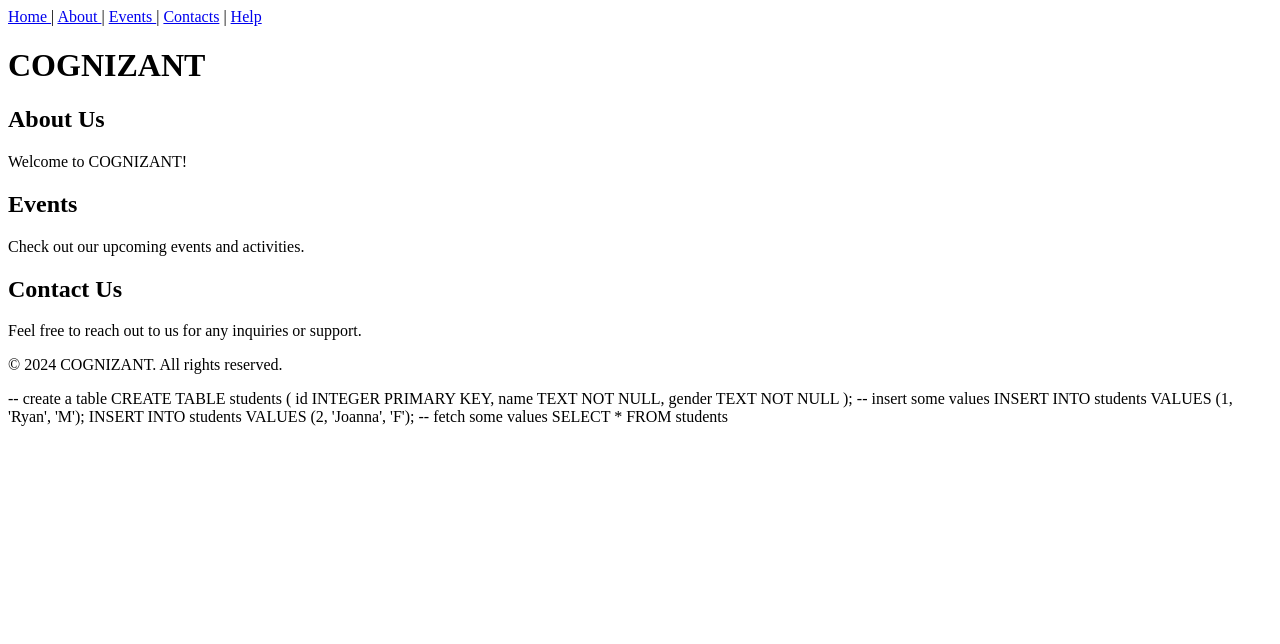
Repository: Sonasiju/Digital-Nurture-Java
Page: HTML/index.html
These files come from the project's save history. The page is drawn as it stood at one moment and after the next save; the edit follows.
The browser window is 1280 px wide. The pictures show the whole page.

Above is the page before, as saved 2026-06-03 17:34:34.

### HTML/index.html
<!DOCTYPE html>
<html lang="en">
<meta charset="UTF-8">
<head>

<title> EVENT PORTAL</title>
<style>


</style>
</head>

<body>
 <!-- Navigation  -->
<header>
    <nav>
        <a href="#home"> Home </a> |
        <a href="#about"> About </a> |
<a href="#events"> Events </a> |
<a href="#contacts">Contacts</a> |
<a href="help.html" target="_blank">Help</a>
 </nav>

    </header>
    <!-- Main -->
    <main>
 <h1> COGNIZANT </h1>
 <section id="about">
            <h2>About Us</h2>
            <p>Welcome to COGNIZANT!</p>
        </section>
  <section id="events">
            <h2>Events</h2>
            <p>Check out our upcoming events and activities.</p>
            </section>
<section id="contacts">
            <h2>Contact Us</h2>
            <p>Feel free to reach out to us for any inquiries or support.</p>
        </section>
    </main>

<!-- Footer -->
        <footer>
            <p> &copy; 2024 COGNIZANT. All rights reserved. </p>
            </footer>

-- create a table
CREATE TABLE students (
  id INTEGER PRIMARY KEY,
  name TEXT NOT NULL,
  gender TEXT NOT NULL
);
-- insert some values
INSERT INTO students VALUES (1, 'Ryan', 'M');
INSERT INTO students VALUES (2, 'Joanna', 'F');
-- fetch some values
SELECT * FROM students




</body>

After the next save:
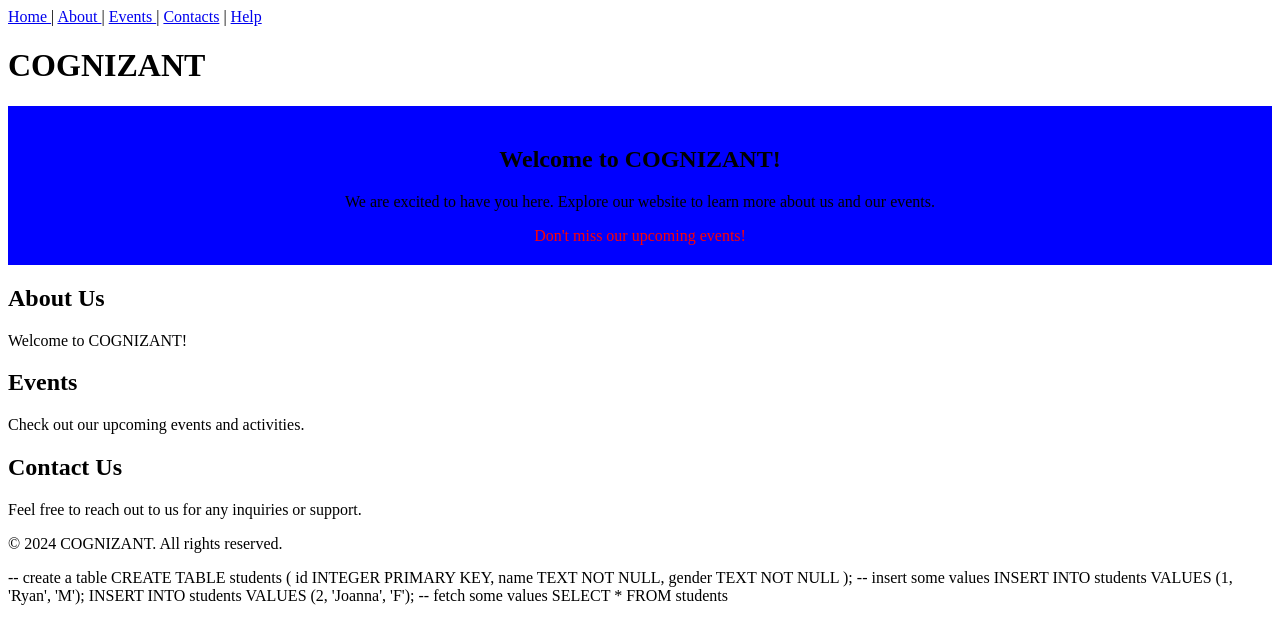
Saved 3 min 13 s later.
--- a/HTML/index.html
+++ b/HTML/index.html
@@ -5,8 +5,16 @@
 
 <title> EVENT PORTAL</title>
 <style>
+#welcomeBanner{
+    background-color: blue;
+    padding: 20px;
+    text-align: center;
+}
 
-
+.highlight {
+    background-color: pink;
+    font-weight: bold;
+}
 </style>
 </head>
 
@@ -25,6 +33,13 @@
     <!-- Main -->
     <main>
  <h1> COGNIZANT </h1>
+ <section id="home">
+    <div id="welcomeBanner">
+            <h2>Welcome to COGNIZANT!</h2>
+            <p>We are excited to have you here. Explore our website to learn more about us and our events.</p>
+        <span style="color: red;">Don't miss our upcoming events!</span>
+
+        </section>
  <section id="about">
             <h2>About Us</h2>
             <p>Welcome to COGNIZANT!</p>
